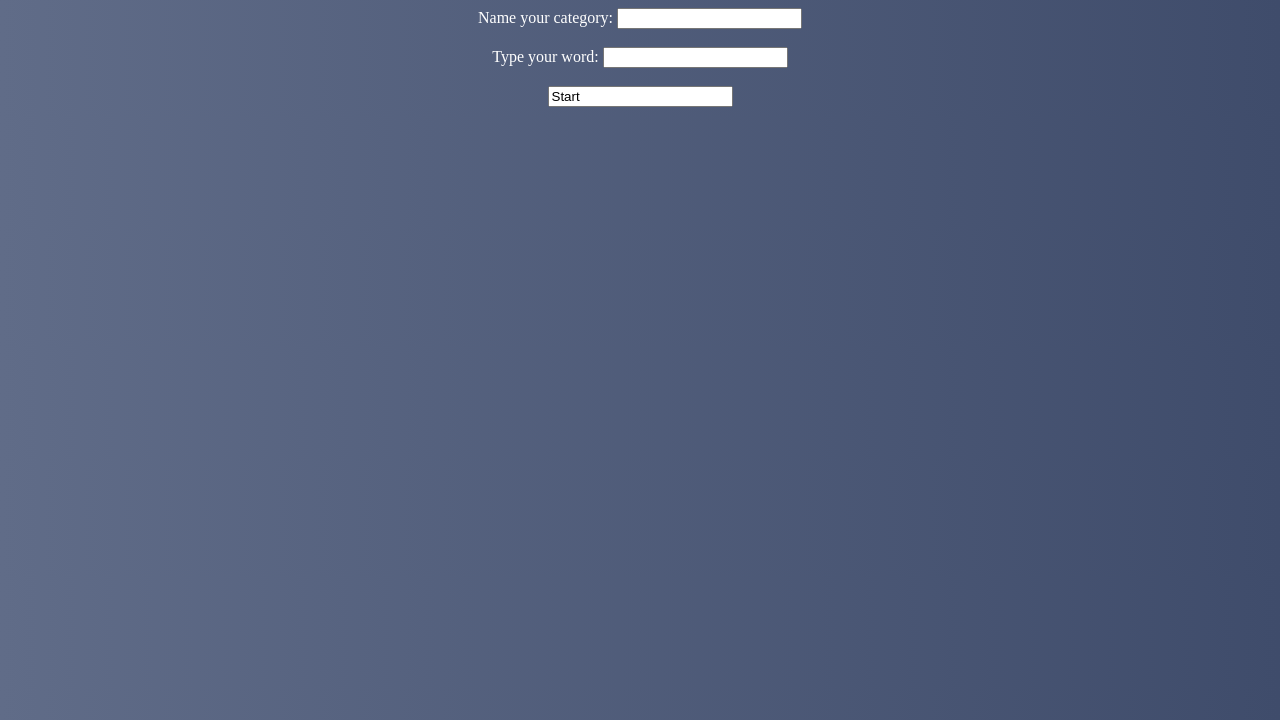
Repository: Darkingfired/Game
Page: index.html
An editor plug-in stored every save of this project. The page is shown before and after a run of saves, followed by the edit.
The browser window is 1280 px wide. The pictures show the whole page.

Above is the page before, as saved 2022-09-04 14:46:04.
Console error: ReferenceError: readLine is not defined

After the next 3 saves:
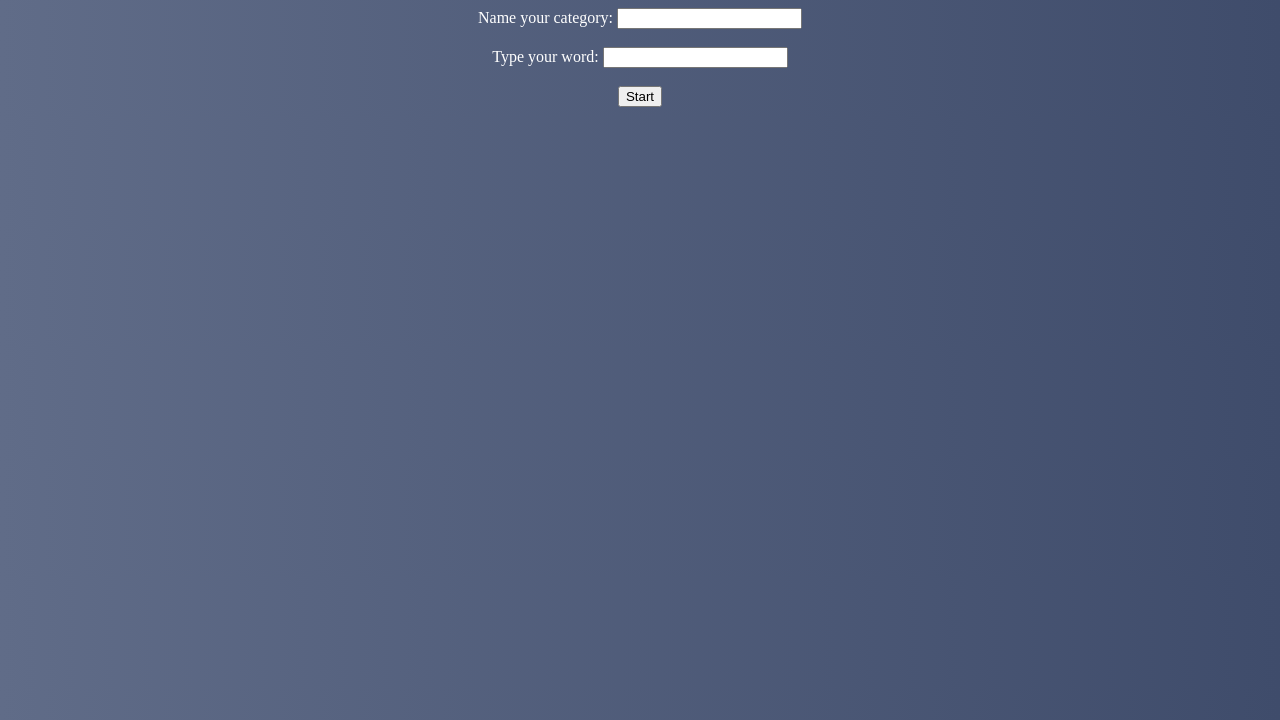
The 3 saves are shown as one change because they came seconds apart.
The last was saved 23 s later.
--- a/index.html
+++ b/index.html
@@ -14,7 +14,7 @@
       <input type="text" id="fname" name="fname"><br><br>
       <label for="lname">Type your word:</label>
       <input type="text" id="lname" name="lname"><br><br>
-      <input type="sumbit" value="Start">
+      <input type="submit" value="Start">
     </form>
     <!-- <button class="button button4"><a>click here</a></button> -->
   </body>
